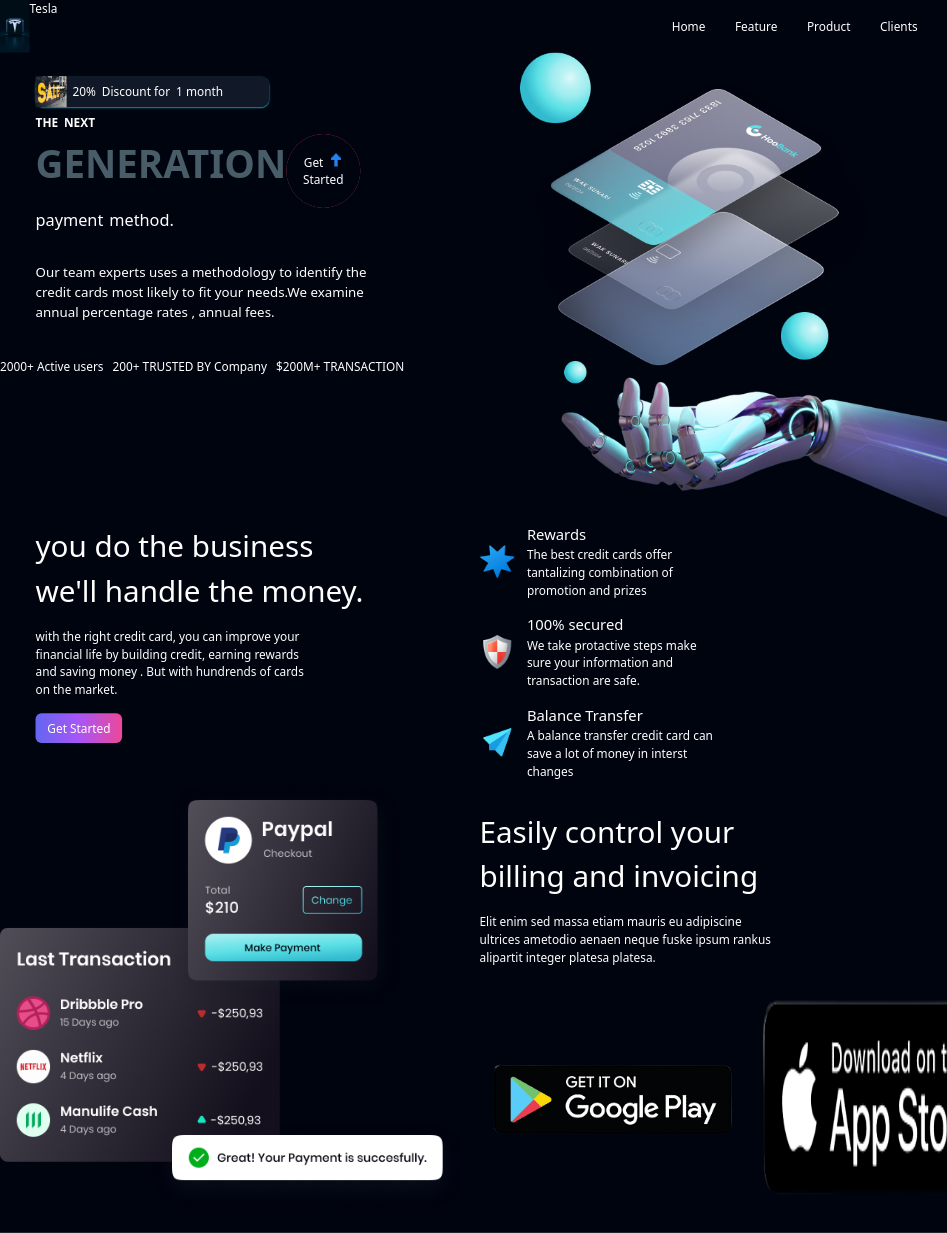
Repository: huuzey/nextjs-one-page
Page: /
These files come from the project's save history. The page is drawn as it stood at one moment and after the next save; the edit follows.
The browser window is 1280 px wide. The pictures show the whole page, at 74% of full size.
The project was rebuilt for these pictures with package versions that can differ from the ones it lists, and the page was loaded fresh each time. The framework's server and built-in components were replaced by stand-ins that run in the browser. Also part of the build but not shown: next.config.js.

Above is the page before, as saved 2022-12-17 13:30:29.

### pages/index.js
import React from "react";
import Navbar from "../components/Navbar";
import Hero from "../components/Hero";
import Business from "../components/Business";
import Billing from "../components/Billing";

const index = () => {
  // animate on scroll initialization
  return (
    <div className="bg-primary w-full overflow-x-hidden	 ">
      <Navbar className="" />
      <Hero />
      <Business />
      <Billing />
    </div>
  );
};

export default index;

### components/Navbar.js
import React, { useState } from "react";
import { logo } from "../src/assets";
import Image from "next/image";
import Head from "next/head";
import AOS from "aos";
import "aos/dist/aos.css";
import { menu, close } from "../src/assets";
const Navbar = () => {
  const [toggle, settoggle] = useState(false);
  return (
    <div className="">
      <div className=" justify-between sticky top-0   bg-primary text-white   flex items-center">
        <div className="flex">
          <Image src={logo} width={40} height={2} alt="logo of tesla"></Image>
          <p className="text-bold">Tesla</p>
        </div>
        <div className="hidden lg:flex px-5  ">
          <p className="px-5">Home</p>
          <p className="px-5">Feature</p>
          <p className="px-5">Product</p>
          <p className="px-5">Clients</p>
        </div>
        <div className="absolute text-white lg:hidden sm:flex-col md:flex-col right-3 top-2">
          <Image
            src={toggle ? close : menu}
            className="w-[12px] bg-white h-[12px]"
            onClick={() => settoggle((prev) => !prev)}
          ></Image>
          <div className={`${toggle ? "visible" : "hidden"} `}>
            <p className="pb-1">Home</p>
            <p className="pb-1">Feature</p>
            <p className="pb-1">Product</p>
            <p className="pb-1">Clients</p>
          </div>
        </div>
      </div>
    </div>
  );
};

export default Navbar;

### components/Hero.js
import React from "react";
import Image from "next/image";
import { discount, robot } from "../src/assets";
import GetStarted from "./GetStarted";

const Hero = () => {
  return (
    <div className="lg:columns-2 sm:columns-1 md:columns-1">
      <div className="text-white font-poppins bg-gray-900 first:justify-start  w-[50%] rounded-xl shadow-sm shadow-cyan-500 flex flex-row mt-8 ml-12 items-center justify-center">
        <Image
          src={discount}
          alt="discount"
          className=" mr-2 w-[42px] h-[42px] "
        ></Image>
        <span className=" mr-2">20%</span>
        <span className=" mr-2">Discount for</span>

        <span className="text-bold  mr-2"> 1 month</span>
      </div>
      <div className="text-white justify-between mb-12 ml-12">
        <div className="flex mt-2">
          <h1 className="mr-2 font-semibold font-poppins  mb-1">THE</h1>
          <h1 className="mr-4 m2-4 font-semibold font-poppins ">NEXT</h1>
        </div>
        <div className="flex">
          <h1 className="text-secondary font-semibold font-poppins  text-gradient  ml-0 mb-1 text-[52px] ss:text-[72px]">
            GENERATION
          </h1>
          <div className="sm:hidden md:flex ">
            <GetStarted />
          </div>
        </div>
        <div className="flex">
          <h1 className="mb-5 mr-2 text-[22px]  ">payment</h1>
          <span className="mb-5 text-[22px]">method.</span>
        </div>
        <div className="max-w-[470px] mt-5 font-poppins text-dimwhite text-[18px] ">
          <p>
            Our team experts uses a methodology to identify the credit cards
            most likely to fit your needs.We examine annual percentage rates ,
            annual fees.
          </p>
        </div>
      </div>
      <div className="flex text-white   ">
        <div className="">
          2000+ <span className="text-gradient  mr-3 "> Active users</span>
        </div>
        <div>
          200+ <span className="text-gradient  mr-3"> TRUSTED BY Company</span>
        </div>
        <div>
          $200M+ <span className="text-gradient  mr-3"> TRANSACTION</span>
        </div>
      </div>

      <div>
        <Image
          src={robot}
          alt="billing"
          className=" w-[100%]  h-[100%]"
        ></Image>
      </div>
      <div className="sm:flex md:hidden ">
        <GetStarted />
      </div>
    </div>
  );
};

export default Hero;

### components/Business.js
import Image from "next/image";
import React from "react";
import { star, send, sheild } from "../src/assets";
const Business = () => {
  return (
    <div className="md:columns-2 sm:columns-1 ">
      <div className="ml-12 flex flex-col  text-white">
        <h1 className="md:text-[40px] sm:text-[30px]">
          you do the business
          <br />
          we'll handle the money.
        </h1>
        <p className="max-w-[370px] mt-5">
          with the right credit card, you can improve your financial life by
          building credit, earning rewards and saving money . But with hundrends
          of cards on the market.
        </p>
        <div className="mt-5">
          <button className="bg-gradient-to-r from-indigo-500 via-purple-500 to-pink-500 py-2 rounded-lg  hover:from-pink-500 hover:to-yellow-500 px-4">
            Get Started
          </button>
        </div>
      </div>
      <div className="sm:mt-4">
        <div className="flex hover:bg-gray-800 rounded-xl w-[50%] mb-5 text-white">
          <Image src={star} className="mr-4 object-contain"></Image>
          <div>
            <h1 className="text-[20px] text-dimwhite">Rewards</h1>
            <p className="max-w-[300px]">
              The best credit cards offer tantalizing combination of promotion
              and prizes
            </p>
          </div>
        </div>
        <div className="flex hover:bg-gray-800 rounded-xl w-[50%] mb-5 text-white">
          <Image src={sheild} className="mr-4 object-contain"></Image>
          <div>
            <h1 className="text-[20px] text-dimwhite">100% secured</h1>
            <p className="max-w-[300px]">
              We take protactive steps make sure your information and
              transaction are safe.
            </p>
          </div>
        </div>
        <div className="flex hover:bg-gray-800 rounded-xl w-[50%] mb-5 text-white">
          <Image src={send} className="mr-4 object-contain"></Image>
          <div>
            <h1 className="text-[20px] text-dimwhite">Balance Transfer</h1>
            <p className="max-w-[300px]">
              A balance transfer credit card can save a lot of money in interst
              changes
            </p>
          </div>
        </div>
      </div>
    </div>
  );
};

export default Business;

### components/Billing.js
import Image from "next/image";
import React from "react";
import { bill, googleplay, appstore } from "../src/assets";

const Billing = () => {
  return (
    <div className="sm:columns-1 md:columns-2">
      <div>
        <Image src={bill}></Image>
      </div>
      <div className="pt-10 font-poppins">
        <h1 className="text-white md:text-[40px]  sm:text-[30px]">
          Easily control your
          <br /> billing and invoicing
        </h1>
        <p className="text-white mt-5 max-w-[400px]">
          Elit enim sed massa etiam mauris eu adipiscine ultrices ametodio
          aenaen neque fuske ipsum rankus alipartit integer platesa platesa.
        </p>
        <div className="flex">
          <Image className=" " src={googleplay}></Image>
          <Image className=" " src={appstore}></Image>
        </div>
      </div>
    </div>
  );
};

export default Billing;

### src/assets/index.js
import airbnb from "./airbnb.png";
import bill from "./bill.png";
import binance from "./binance.png";
import card from "./card.png";
import coinbase from "./coinbase.png";
import dropbox from "./dropbox.png";
import logo from "./logo.jpg";
import quotes from "./quotes.svg";
import robot from "./robot.png";
import send from "./Send.png";
import star from "./Star.png";
import menu from "./menu.png";
import close from "./close.png";
import google from "./google.jpg";
import apple from "./apple.png";
import arrowUp from "./arrow-up.png";
import discount from "./Discount.jpg";
import facebook from "./facebook.jpg";
import instagram from "./instagram.jpg";
import linkedin from "./linkedin.jpg";
import twitter from "./twitter.jpg";
import people01 from "./people01.png";
import people02 from "./people02.png";
import people03 from "./people03.png";
import sheild from "./sheild.png";
import googleplay from "./googleplay.png";
import appstore from "./appstore.png";

export {
  googleplay,
  appstore,
  sheild,
  airbnb,
  bill,
  binance,
  card,
  coinbase,
  dropbox,
  logo,
  quotes,
  robot,
  send,
  star,
  menu,
  close,
  google,
  apple,
  arrowUp,
  discount,
  facebook,
  instagram,
  linkedin,
  twitter,
  people01,
  people02,
  people03,
};

### components/GetStarted.js
import Image from "next/image";
import React from "react";
import { arrowUp } from "../src/assets";

const GetStarted = () => {
  return (
    <div className="rounded-full flex justify-center items-center bg-rose-500 w-[100px] h-[100px]">
      <div className="rounded-full flex flex-col justify-center items-center bg-primary w-[100%] h-[100%] ">
        <div className="flex ">
          <p className="mr-2 text-gradient">Get</p>
          <Image src={arrowUp} className=" w-[18px] h-[18px]"></Image>
        </div>
        <p className=" text-gradient">Started</p>
      </div>
    </div>
  );
};

export default GetStarted;

### tailwind.config.js
/** @type {import('tailwindcss').Config} */
module.exports = {
  content: [
    "./src/**/*.{html,js}",
    "./pages/**/*.{js,ts,jsx,tsx}",
    "./components/**/*.{js,ts,jsx,tsx}",
  ],
  theme: {
    fontFamily: {
      primary: "Open Sans",
      secondary: "Lato",
    },
    container: {
      padding: {
        DEFAULT: "1rem",
        lg: "0",
      },
    },
    screens: {
      sm: "380px",
      md: "768px",
      lg: "1024px",
      xl: "1170px",
    },
    extend: {
      colors: {
        primary: "#00040f",
        secondary: "#485D68",
        accent: {
          primary: "#9C69E2",
          primary_hover: "#9059DB",
          secondary: "#F063B8",
          secondary_hover: "#E350A9",
          tertiary: "#68C9BA",
        },
      },
      backgroundImage: {
        hero: "url('../src/assets/img/hero_bg.png')",
      },
      dropShadow: {
        primary: " 0px 5px 5px rgba(75, 93, 104, 0.1)",
      },
    },
  },
  plugins: [],
};

Loaded but not shown: pages/_app.js (common file); styles/globals.css (common file)

After the next save:
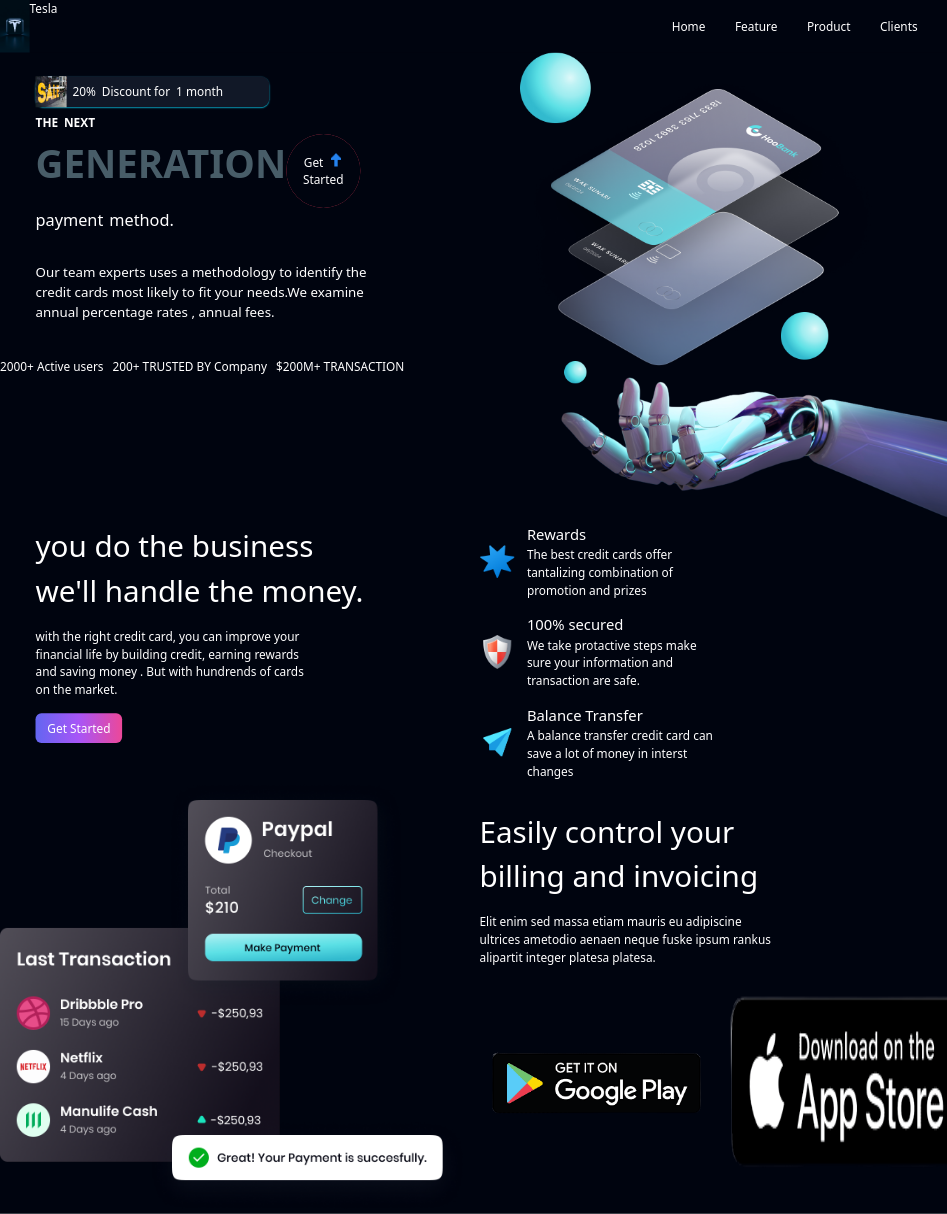
Saved 23 s later.
--- a/components/Billing.js
+++ b/components/Billing.js
@@ -18,7 +18,7 @@
           aenaen neque fuske ipsum rankus alipartit integer platesa platesa.
         </p>
         <div className="flex">
-          <Image className=" " src={googleplay}></Image>
+          <Image className="max-w-[50%] " src={googleplay}></Image>
           <Image className=" " src={appstore}></Image>
         </div>
       </div>
